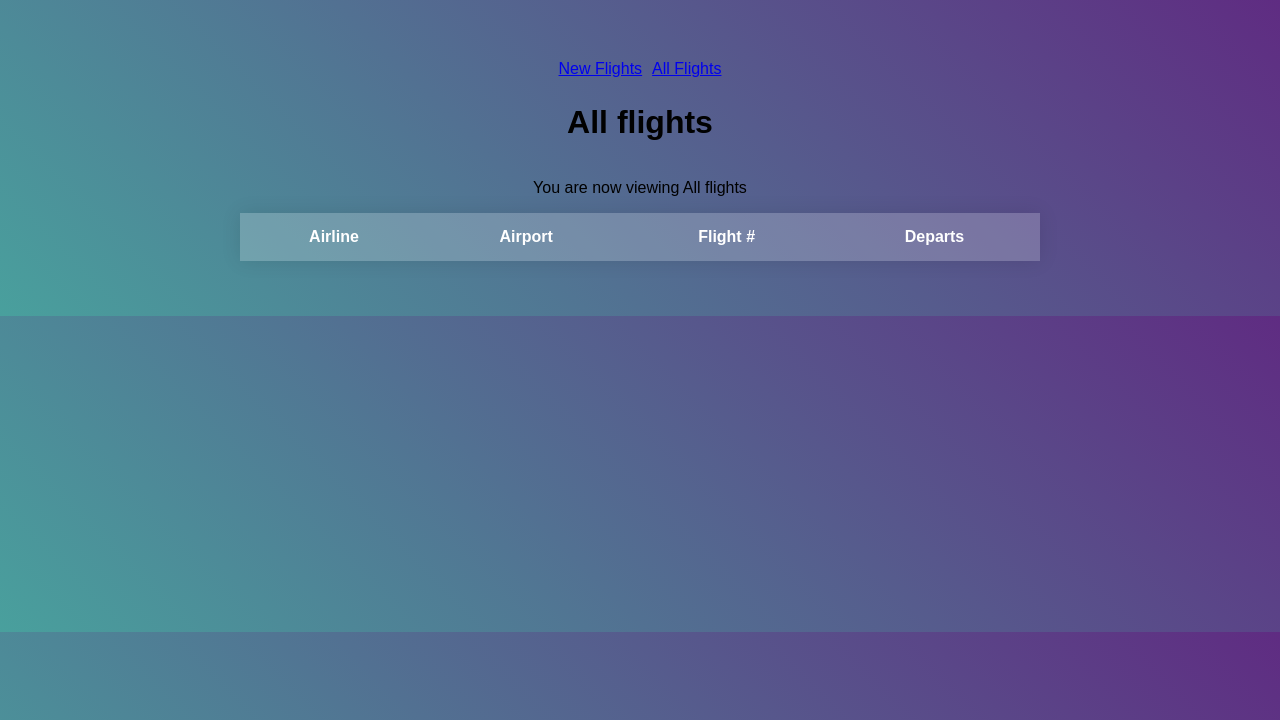
Repository: jmendoza13/mongoose-flights
Page: http://localhost/flights/
The author's editor kept a copy of each file at every save. The page is drawn from the files as they stood at one save, then again after the next save.
The browser window is 1280 px wide. The pictures show the whole page.
The page is served by the project's Node server (server.js). Other server files are loaded and not shown. Queries for data that is not in the repository find no rows.

Above is the page before, as saved 2022-07-22 12:30:08.

### views/flights/index.ejs
<%- include('../partials/header') %>
   <h1>
      <%= title %>
   </h1>
   <p>
      You are now viewing <%= title %>
   </p>
   <table>
      <tr>
         <th>Airline</th>
         <th>Airport</th>
         <th>Flight #</th>
         <th>Departs</th>
      </tr>
   <tbody>
   <% flights.forEach(function(f) { %>
      <tr>
         <td><%=f.airline %></td>
         <td><%=f.airport %></td>
         <td><%=f.flightNo %></td>
         <td><%=f.departs %></td>
         <td><a href="/flights/<%= f._id %>">Details</a></td>
      </tr>
      <% }); %>
   </tbody>
</table>
      <%- include('../partials/footer') %>

### views/Partials/header.ejs
<!DOCTYPE html>
<html lang="en">

<head>
    <meta charset="UTF-8">
    <meta http-equiv="X-UA-Compatible" content="IE=edge">
    <meta name="viewport" content="width=device-width, initial-scale=1.0">
    <link rel='stylesheet' href='/stylesheets/style.css' />
    <title>Flights</title>
</head>

<body>
    <nav>
        <a href="/flights/new">New Flights</a>
        <a href="/flights">All Flights</a>
    </nav>

### server.js
var createError = require('http-errors');
var express = require('express');
var path = require('path');
var cookieParser = require('cookie-parser');
var logger = require('morgan');

require('dotenv').config();

require('./config/database');

var indexRouter = require('./routes/index');
var flightsRouter = require('./routes/flights');
var destinationsRouter = require('./routes/destinations');
var ticketsRouter = require('./routes/tickets');

var app = express();

// view engine setup
app.set('views', path.join(__dirname, 'views'));
app.set('view engine', 'ejs');

app.use(logger('dev'));
app.use(express.json());
app.use(express.urlencoded({ extended: false }));
app.use(cookieParser());
app.use(express.static(path.join(__dirname, 'public')));

app.use('/', indexRouter);
app.use('/flights', flightsRouter);
app.use('/', destinationsRouter);
app.use('/', ticketsRouter);

// catch 404 and forward to error handler
app.use(function(req, res, next) {
  next(createError(404));
});

// error handler
app.use(function(err, req, res, next) {
  // set locals, only providing error in development
  res.locals.message = err.message;
  res.locals.error = req.app.get('env') === 'development' ? err : {};

  // render the error page
  res.status(err.status || 500);
  res.render('error');
});

module.exports = app;

### controllers/flights.js
const Flight = require('../models/flight');
const Ticket = require('../models/ticket')

module.exports = {
    index,
    show,
    new: newFlight,
    create
};

function index(req, res) {
    Flight.find({}, function(err, flights) {
      res.render('flights/index', { title: 'All flights', flights });
    });
  }

  function show(req, res) {
    Flight.findById(req.params.id, function (err, flight) {
        Ticket.find({ flight: flight._id }, function (err, tickets) {
            res.render('flights/show', { title: 'Flight Detail', flight, tickets });
        });
    });
}

  function create(req, res) {
    console.log(req.body)
      for (let key in req.body) {
          if (req.body[key] === '') delete req.body[key];
      }
      var flight = new Flight(req.body);
      flight.save(function(err) {
          // one way to handle errors
          if (err) return res.redirect('/flights/new');
          console.log(flight);
          // for now, redirect right back to new.ejs
          res.redirect('/flights');
      });
  }



function newFlight(req, res) {
  const newFlight = new Flight();
// Obtain the default date
const dt = newFlight.departs;
// Format the date for the value attribute of the input
let departsDate = `${dt.getFullYear()}-${(dt.getMonth() + 1).toString().padStart(2, '0')}`;
departsDate += `-${dt.getDate().toString().padStart(2, '0')}T${dt.toTimeString().slice(0, 5)}`;
    res.render('flights/new', { departsDate });
}

### public/stylesheets/style.css
body {
  padding: 50px;
  font-family: sans-serif;  display: grid;
  font-weight: 100;
  justify-content: center;
  background: linear-gradient(45deg, #49a09d, #5f2c82);
  background-repeat: contain;
  text-align: center;
  margin: 5px;
  grid-template-areas:
    "nav"
    "main"
}

nav, h1, p {
  display: flex;
  color: #010101;
  justify-content: center;
  align-items: center;
  text-align: center;
}

table {
	width: 800px;
	border-collapse: collapse;
	overflow: hidden;
	box-shadow: 0 0 20px rgba(0,0,0,0.1);
}

th, td {
	padding: 15px;
	background-color: rgba(255,255,255,0.2);
	color: #fff;
}

th {
	text-align: center;
}



a {
  padding: 5px;
}

Loaded but not shown: views/Partials/footer.ejs (common file)

After the next save:
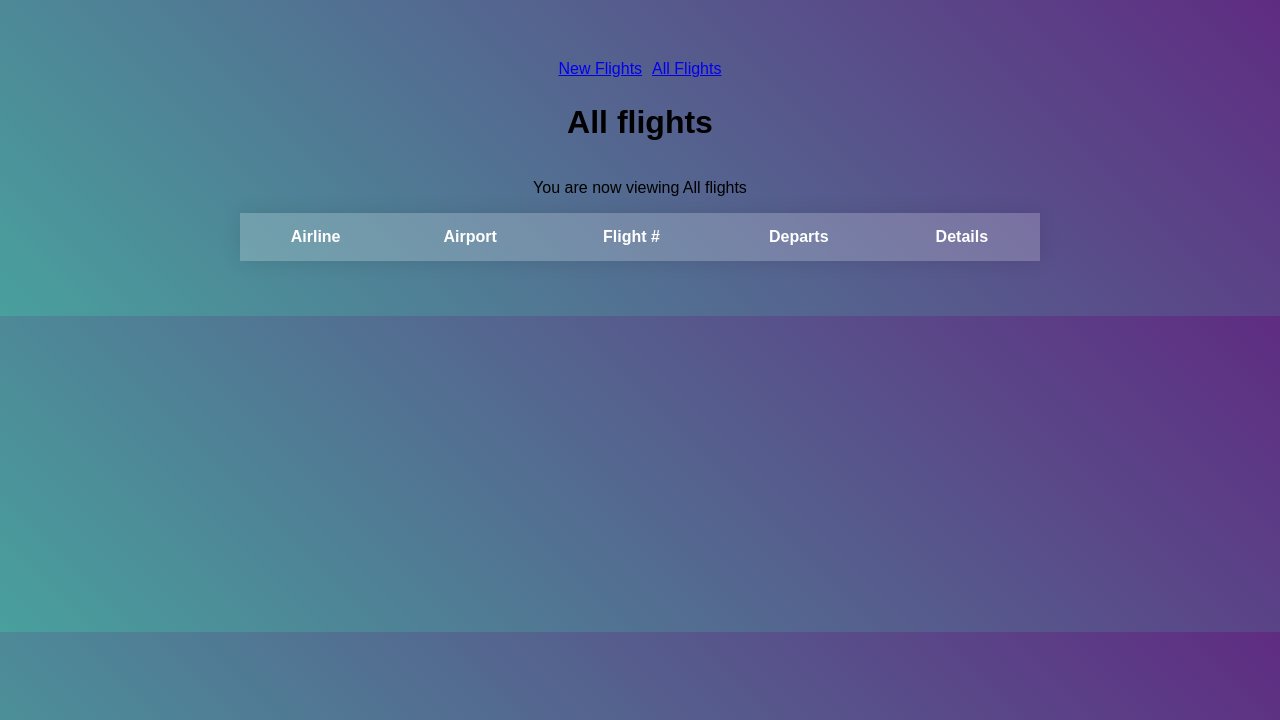
Saved 66 s later.
--- a/views/flights/index.ejs
+++ b/views/flights/index.ejs
@@ -11,6 +11,7 @@
          <th>Airport</th>
          <th>Flight #</th>
          <th>Departs</th>
+         <th>Details</th>
       </tr>
    <tbody>
    <% flights.forEach(function(f) { %>
